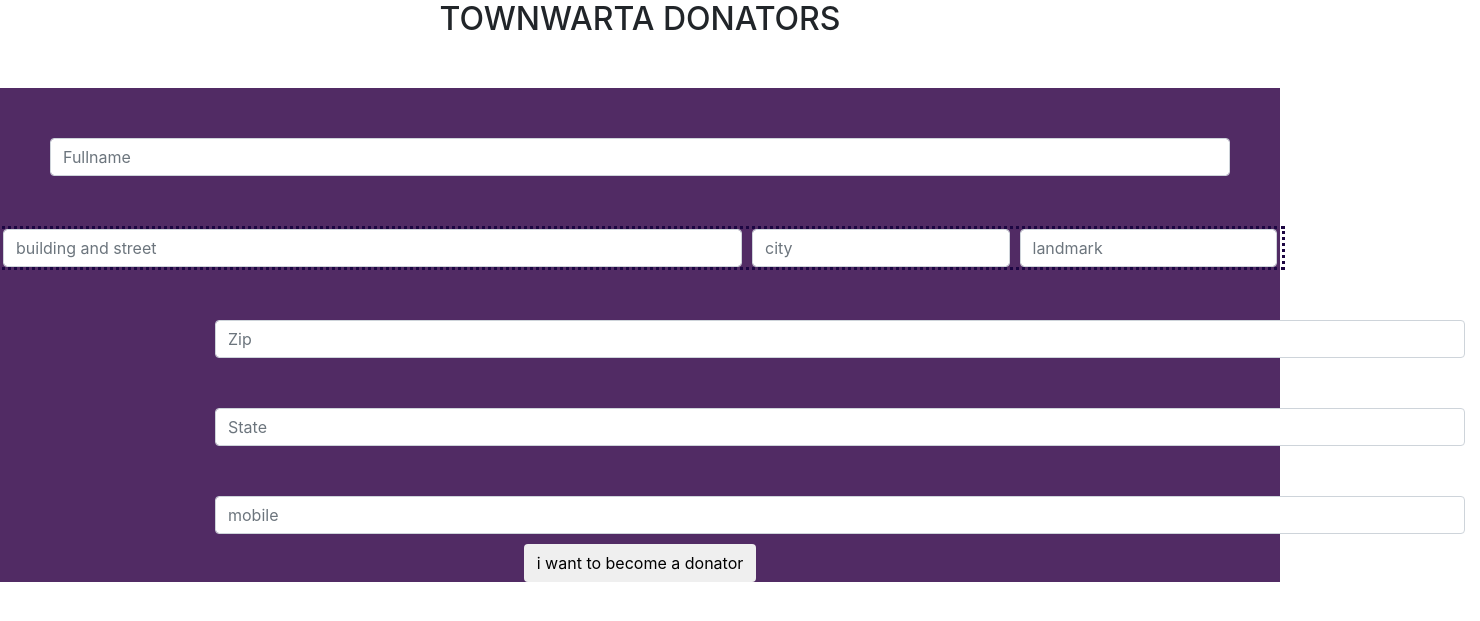
Repository: shivanand1988-28-06/townwarta
Page: http://localhost/donator/donator
An editor plug-in stored every save of this project. The page is shown before and after the next save, followed by the edit.
The browser window is 1280 px wide. The page is 1480 px wide, so the pictures cover 1480 px, including what lies to the right of the window. The pictures show the whole page.
The page is served by the project's Node server (Townwarta.js).

Above is the page before, as saved 2022-08-30 23:14:49.

After the next save:
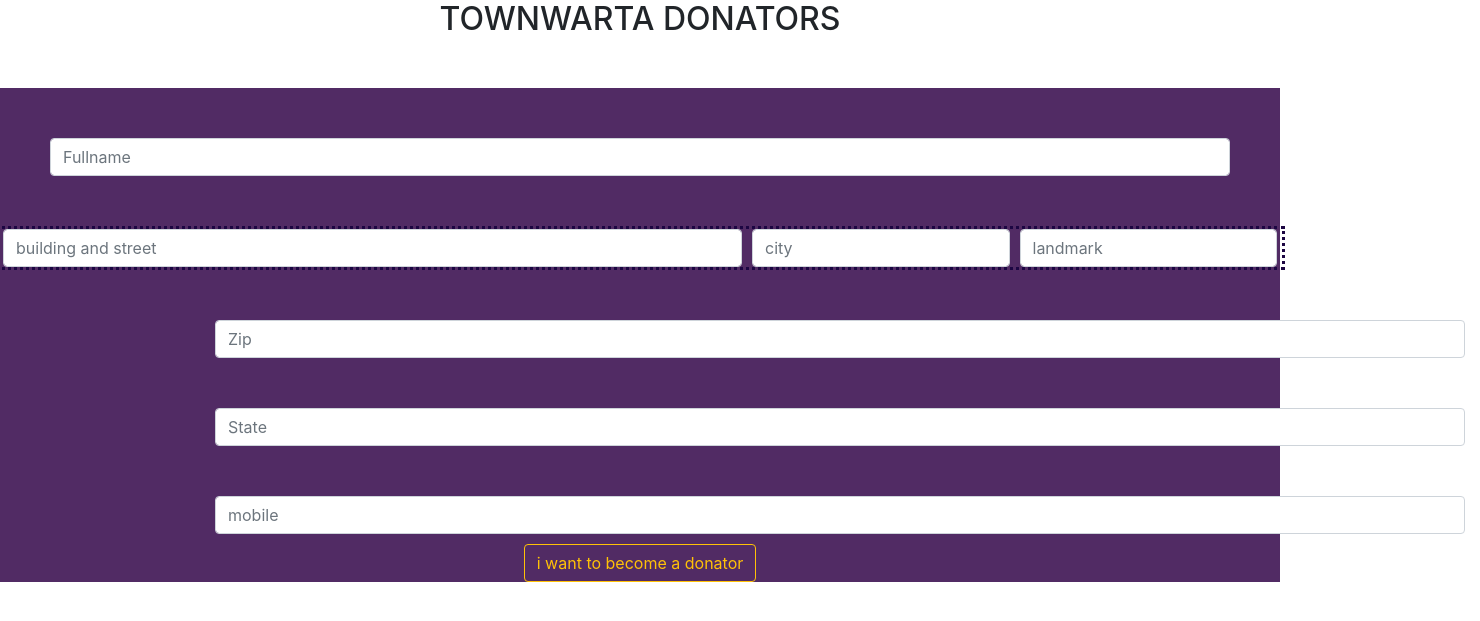
Saved 31 s later.
--- a/views/articles/donator.ejs
+++ b/views/articles/donator.ejs
@@ -38,7 +38,7 @@
             <input type="number" name = "mobile" class="form-control" placeholder="mobile">
           </div>
         <div style = "text-align: center; margin:10px 200px;">
-            <button type="submit" class="btn btn-btn-outline-warning">i want to become a donator</button>
+            <button type="submit" class="btn btn btn-outline-warning">i want to become a donator</button>
         </div>
       </form>
 </body>
